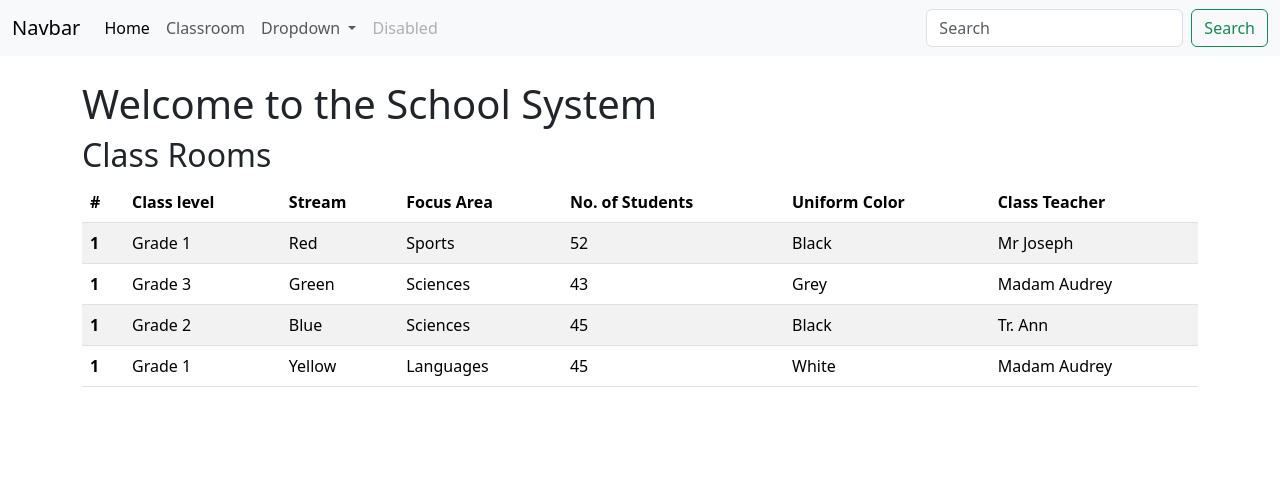
Repository: Mbote-Joseph/Django-Recap
Page: http://localhost/classroom
An editor plug-in stored every save of this project. The page is shown before and after a run of saves, followed by the edit.
The browser window is 1280 px wide. The pictures show the whole page.
The page is served by the project's application, run on Django 5.2 (manage.py). The page reads the database file committed with the project.

Above is the page before, as saved 2025-12-15 20:10:58.

After the next 2 saves:
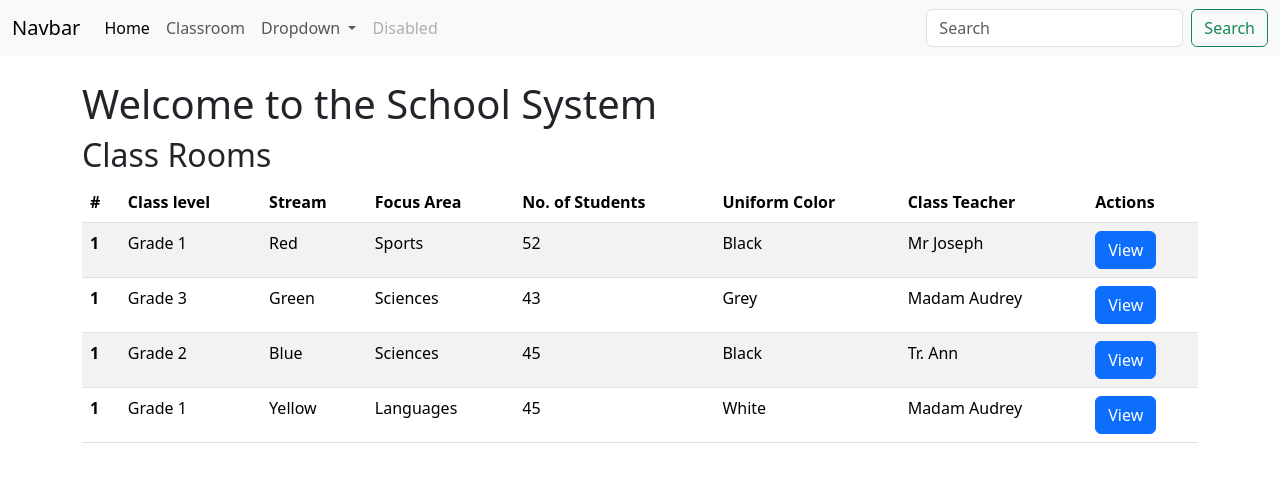
The 2 saves are shown as one change because 1 did not build or start.
The last was saved 2 min 23 s later.
--- a/school/classroom/templates/classroom/classroom.html
+++ b/school/classroom/templates/classroom/classroom.html
@@ -18,6 +18,7 @@
         <th scope="col">No. of Students</th>
         <th scope="col">Uniform Color</th>
         <th scope="col">Class Teacher</th>
+        <th scope="col">Actions</th>
         </tr>
     </thead>
     <tbody>
@@ -30,6 +31,9 @@
             <td>{{ classroom.students}} </td>
             <td>{{ classroom.uniform}} </td>
             <td>{{ classroom.classteacher}} </td>
+            <td>
+                <a href="{% url 'classroom.details' pk=classroom.id %}" class="btn btn-primary"> View </a>
+            </td>
         </tr>
         {% endfor %}
     </tbody>
